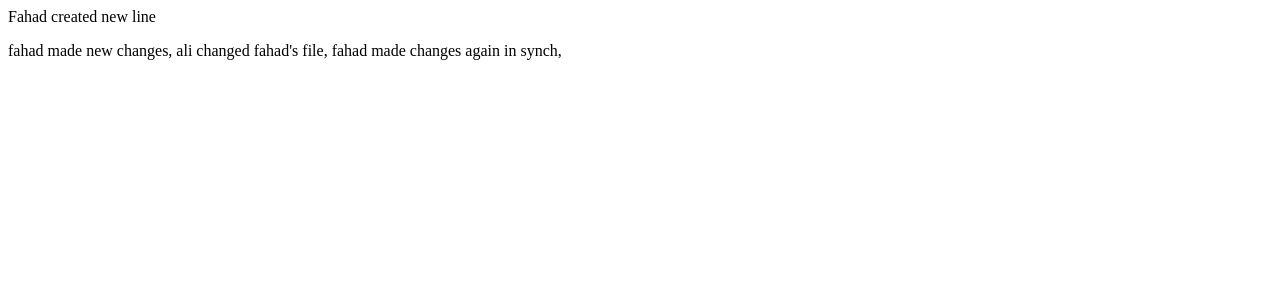
Repository: FahadAliSheikh/learnWorkFlow
Page: shared.html
These files come from the project's save history. The page is drawn as it stood at one moment and after the next save; the edit follows.
The browser window is 1280 px wide. The pictures show the whole page.

Above is the page before, as saved 2019-03-23 14:46:23.

### shared.html
<p>Fahad created new line</p>
<p>
  fahad made new changes, ali changed fahad's file, fahad made changes again in
  synch,
</p>

After the next save:
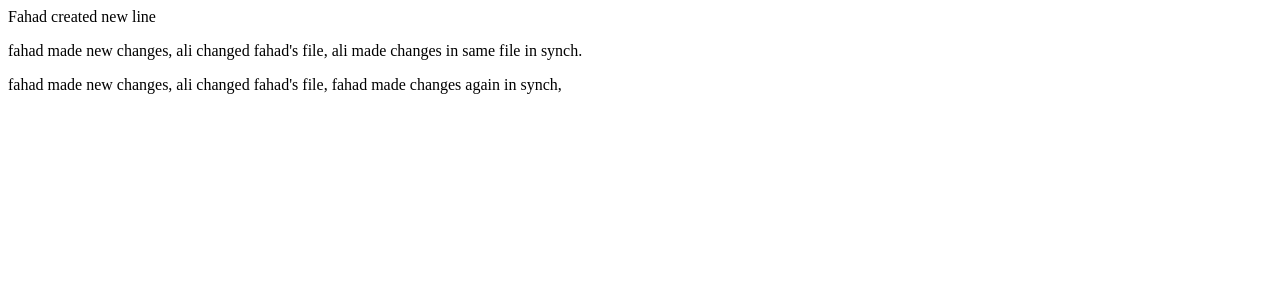
Saved 19 min 4 s later.
--- a/shared.html
+++ b/shared.html
@@ -1,4 +1,5 @@
 <p>Fahad created new line</p>
+<p>fahad made new changes, ali changed fahad's file, ali made changes in same file in synch.</p>
 <p>
   fahad made new changes, ali changed fahad's file, fahad made changes again in
   synch,
